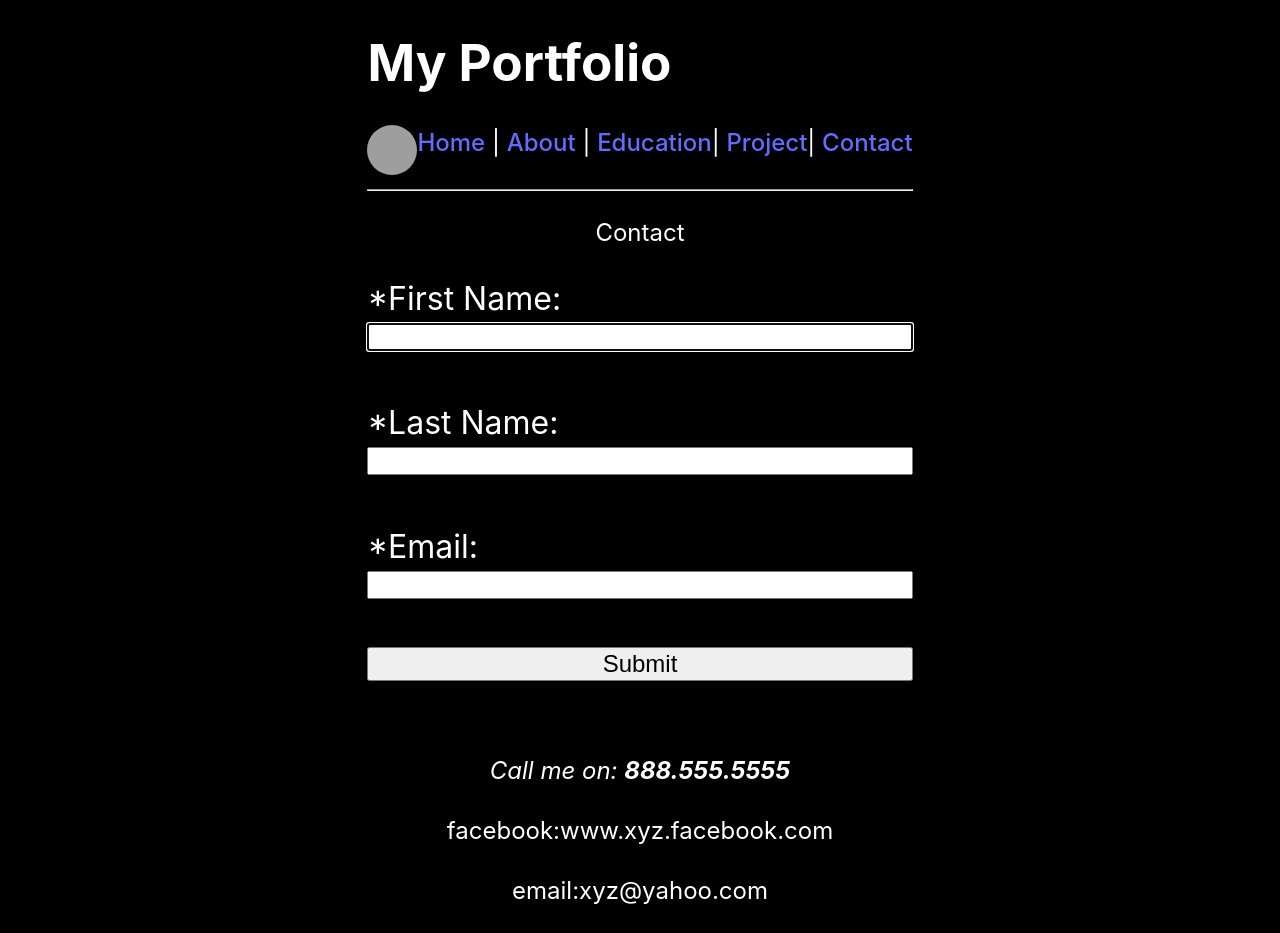
Repository: FelixChung29/ChunWaiChung_COMP229Lab2
Page: /contact (app in client/)
An editor plug-in stored every save of this project. The page is shown before and after a run of saves, followed by the edit.
The browser window is 1280 px wide. The pictures show the whole page.
Pictures or frames that could not be fetched are drawn as grey boxes. The project was rebuilt for these pictures with package versions that can differ from the ones it lists, and the page was loaded fresh each time. Also part of the build but not shown: client/vite.config.js, client/components/Home.jsx, client/src/about.css, client/src/about.jsx, client/src/education.jsx, client/src/project.css, client/src/project.jsx.

Above is the page before, as saved 2024-10-05 20:45:52.

### client/src/index.css
:root {
  font-family: Inter, system-ui, Avenir, Helvetica, Arial, sans-serif;
  line-height: 1.5;
  font-weight: 400;

  color-scheme: light dark;
  color: rgba(255, 255, 255, 0.87);
  background-color: #242424;

  font-synthesis: none;
  text-rendering: optimizeLegibility;
  -webkit-font-smoothing: antialiased;
  -moz-osx-font-smoothing: grayscale;
}

a {
  font-weight: 500;
  color: #646cff;
  text-decoration: inherit;
}
a:hover {
  color: #535bf2;
}

body {
  margin: 0;

  place-items: center;
  min-width: 320px;
  min-height: 100vh;
  background-color:black;
  color:white;
  align-content: center;
}

h1 {
  font-size: 3.2em;
  line-height: 1.1;
}

button {
  border-radius: 8px;
  border: 1px solid transparent;
  padding: 0.6em 1.2em;
  font-size: 1em;
  font-weight: 500;
  font-family: inherit;
  background-color: #1a1a1a;
  cursor: pointer;
  transition: border-color 0.25s;
}
button:hover {
  border-color: #646cff;
}
button:focus,
button:focus-visible {
  outline: 4px auto -webkit-focus-ring-color;
}

@media (prefers-color-scheme: light) {
  :root {
    color: #213547;
    background-color: #ffffff;
  }
  a:hover {
    color: #747bff;
  }
  button {
    background-color: #f9f9f9;
  }
}

nav {
float:right;
font-size:x-large;

}






.bg{
  position:absolute;
  top: -4em;
  right: 0;
  z-index: -1;
  object-fit: cover;
  height: 100vh;

}

.introContent {
  height: 100vh;
  width: 100vw;
  padding: 3em;
  padding-top: 1em;
  font-size: 3em;
  font-weight: 700;

  justify-content: center;
}

.hello {
  font-size: 1.75rem;
  font-weight:100px;
}

.introName {
  color: Blue;
}


.introPara {
  font-size: 40px;
  font-weight: 100;
}

.btn {
  background: white;
  margin: 1rem 0;
  padding: 0.75rem 1.5rem;
  border: none;
  border-radius: 2rem;
}


.btnImg{
  object-fit: cover;
  margin: 0 0.25rem;
  height: 1rem;
}

@media screen and (max-width:480px){
  .bg {
    right: -20vw
  }
}

img{
border-radius: 90%;
size: 40px;

}

html{
  scroll-behavior: smooth;
  overflow-x: hidden;
  overflow-y: scroll;
  margin-left: auto;
  margin-right: auto;
}

### client/src/App.jsx
import React from 'react';
import { BrowserRouter as Router } from 'react-router-dom';
//import { ThemeProvider } from '@material-ui/styles';
import MainRouter from '../MainRouter';
//import Contact from './contact'
//import theme from '../theme';
//import { hot } from 'react-hot-loader'
const App = () => {
 return (
 <Router>

 <MainRouter />

 </Router>
 );
};
export default App;

### client/MainRouter.jsx
import React from 'react'
import { Route, Routes } from 'react-router-dom'
import Home from './components/Home'
import About from './src/about'
import Contact from './src/contact'
import Education from './src/education'
import Project from './src/project'
import Layout from './components/layout'
const MainRouter = () => {
 return (<div>
 <Layout/>
 <Routes>

<Route exact path="/" element={<Home />} />
<Route exact path="/about" element={<About />} />
<Route exact path="/education" element={<Education />} />
<Route exact path="/project" element={<Project />} />
<Route exact path="/contact" element={<Contact />} />

 </Routes>
 </div>
 )
}
export default MainRouter

### client/src/contact.jsx
import '../src/contact.css'
export default function Contact() {
     return (
     <>
     <p>Contact</p>
     <form id="ffp">


				<label htmlFor="myFName"> *First Name: </label>
				<input type="text" id="myFName" name="myFName" required="required" autoFocus /> <br /> <br />

				<label htmlFor="myLName"> *Last Name: </label>
				<input type="text" id="myLName" name="myLName" required="required" /> <br /> <br />


				<label htmlFor="myEmail"> *Email: </label>
				<input type="email" id="myEmail" name="myEmail" required="required" /> <br /> <br />

				<input type="submit" className="submit" value="Submit" /> <br />


		</form> <br></br>
          <p><i>Call me on: <strong>888.555.5555 </strong></i></p>
 <p>facebook:www.xyz.facebook.com</p>
 <p>email:xyz@yahoo.com</p>
     </>
     );
     }

### client/components/layout.jsx
import React from 'react';
import { Link } from 'react-router-dom';
import football1 from '../src/assets/football1.jfif';
export default function Layout() {
 return (
 <>

 <h1>My Portfolio</h1>

 < img src={football1}alt="football" className="football" width="50px" height="50px"/>
 <nav>

 <Link to="/">Home</Link> | <Link to="/about">About</Link> | <Link to="/education">Education</Link>| <Link to="/project">Project</Link>| <Link to="/contact">Contact</Link>
 </nav>

<br/>
 <hr />

 </>

 );
}

### client/src/contact.css
#ffp{




    max-width: 50rem;
    display: flex;
    flex-direction: column;
    justify-content: center;
    margin: 0 auto;


}

label{
    font-size:xx-large;
}

input{
    font-size: larger;
}

.submit{
    font-size:x-large;
}

p,a{
    font-size:x-large;
    text-align: center;
}

### client/src/education.css
:root {
    font-family: Inter, system-ui, Avenir, Helvetica, Arial, sans-serif;
    line-height: 1.5;
    font-weight: 400;

    color-scheme: light dark;
    color: rgba(255, 255, 255, 0.87);
    background-color: #242424;

    font-synthesis: none;
    text-rendering: optimizeLegibility;
    -webkit-font-smoothing: antialiased;
    -moz-osx-font-smoothing: grayscale;
  }

  a {
    font-weight: 500;
    color: #646cff;
    text-decoration: inherit;
  }
  a:hover {
    color: #535bf2;
  }

  body {
    margin: auto;

    place-items: center;
    min-width: 320px;
    min-height: 100vh;
    background-color:black;
    color:white;
    align-content: center;
  }

  h1 {
    font-size: 3.2em;
    line-height: 1.1;
  }

  button {
    border-radius: 8px;
    border: 1px solid transparent;
    padding: 0.6em 1.2em;
    font-size: 1em;
    font-weight: 500;
    font-family: inherit;
    background-color: #1a1a1a;
    cursor: pointer;
    transition: border-color 0.25s;
  }
  button:hover {
    border-color: #646cff;
  }
  button:focus,
  button:focus-visible {
    outline: 4px auto -webkit-focus-ring-color;
  }

  @media (prefers-color-scheme: light) {
    :root {
      color: #213547;
      background-color: #ffffff;
    }
    a:hover {
      color: #747bff;
    }
    button {
      background-color: #f9f9f9;
    }
  }

  nav {
  float:right;
  font-size:x-large;

  }






  .bg{
    position:absolute;
    top: -4em;
    right: 0;
    z-index: -1;
    object-fit: cover;
    height: 100vh;

  }

  .introContent {
    height: 100vh;
    width: 100vw;
    padding: 3em;
    padding-top: 1em;
    font-size: 3em;
    font-weight: 700;

    justify-content: center;
  }

  .hello {
    font-size: 1.75rem;
    font-weight:100px;
  }

  .introName {
    color: Blue;
  }


  .introPara {
    font-size: 40px;
    font-weight: 100;
  }

  .btn {
    background: white;
    margin: 1rem 0;
    padding: 0.75rem 1.5rem;
    border: none;
    border-radius: 2rem;
  }


  .btnImg{
    object-fit: cover;
    margin: 0 0.25rem;
    height: 1rem;
  }

  @media screen and (max-width:480px){
    .bg {
      right: -20vw
    }
  }

  img{
  border-radius: 90%;
  size: 40px;

  }

  html{
    scroll-behavior: smooth;
    overflow-x: hidden;
    overflow-y: scroll;
    margin-left: auto;
    margin-right: auto;
  }

Loaded but not shown: client/index.html (common file); client/src/main.jsx (common file)

After the next 5 saves:
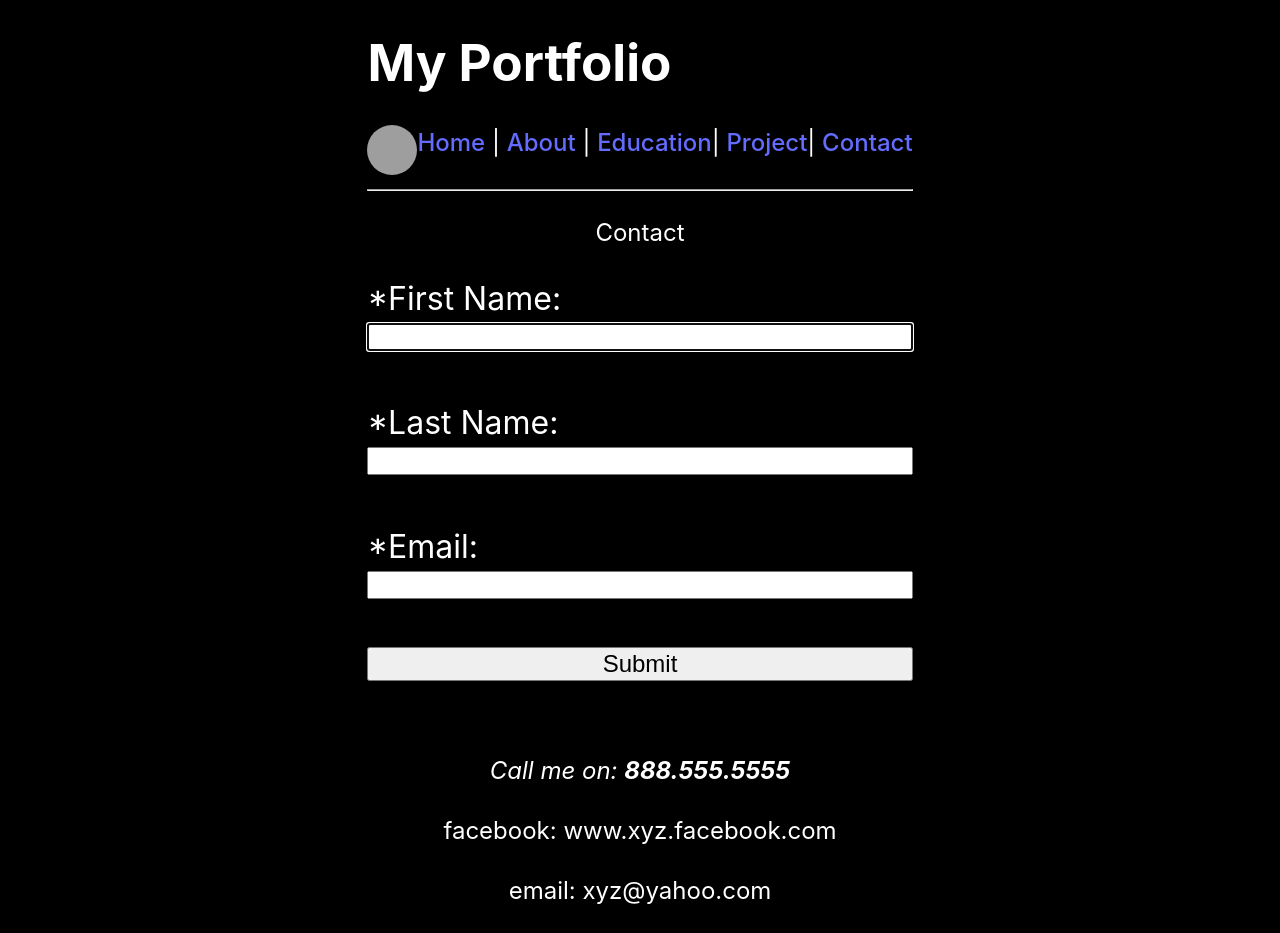
The 5 saves are shown as one change because 1 did not build or start and some came seconds apart.
The last was saved 3 h 10 min later.
--- a/client/src/contact.jsx
+++ b/client/src/contact.jsx
@@ -1,4 +1,4 @@
-import '../src/contact.css'
+/*import '../src/contact.css'
 export default function Contact() {
      return (
      <>
@@ -26,3 +26,107 @@ export default function Contact() {
      </>
      );
      }
+    */
+
+     import '../src/contact.css';
+import { useState } from 'react';
+
+export default function Contact() {
+    const [formData, setFormData] = useState({
+        myFName: '',
+        myLName: '',
+        myEmail: '',
+    });
+
+    const handleChange = (event) => {
+        const { name, value } = event.target;
+        setFormData((prevData) => ({
+            ...prevData,
+            [name]: value,
+        }));
+    };
+
+    const handleSubmit = async (event) => {
+        event.preventDefault(); // Prevent the default form submission
+
+        try {
+            const response = await fetch('https://your-api-endpoint.com/save', {
+                method: 'POST',
+                headers: {
+                    'Content-Type': 'application/json',
+                },
+                body: JSON.stringify(formData),
+            });
+
+            if (!response.ok) {
+                throw new Error('Network response was not ok');
+            }
+
+            const result = await response.json();
+            console.log('Success:', result);
+            alert('Data saved successfully!');
+            // Optionally reset the form
+            setFormData({
+                myFName: '',
+                myLName: '',
+                myEmail: '',
+            });
+        } catch (error) {
+            console.error('Error:', error);
+            alert('There was an error saving the data.');
+        }
+    };
+
+    return (
+        <>
+            <p>Contact</p>
+            <form id="ffp" onSubmit={handleSubmit}>
+                <label htmlFor="myFName"> *First Name: </label>
+                <input
+                    type="text"
+                    id="myFName"
+                    name="myFName"
+                    value={formData.myFName}
+                    onChange={handleChange}
+                    required
+                    autoFocus
+                />
+                <br />
+                <br />
+
+                <label htmlFor="myLName"> *Last Name: </label>
+                <input
+                    type="text"
+                    id="myLName"
+                    name="myLName"
+                    value={formData.myLName}
+                    onChange={handleChange}
+                    required
+                />
+                <br />
+                <br />
+
+                <label htmlFor="myEmail"> *Email: </label>
+                <input
+                    type="email"
+                    id="myEmail"
+                    name="myEmail"
+                    value={formData.myEmail}
+                    onChange={handleChange}
+                    required
+                />
+                <br />
+                <br />
+
+                <input type="submit" className="submit" value="Submit" />
+                <br />
+            </form>
+            <br />
+            <p>
+                <i>Call me on: <strong>888.555.5555 </strong></i>
+            </p>
+            <p>facebook: www.xyz.facebook.com</p>
+            <p>email: xyz@yahoo.com</p>
+        </>
+    );
+}
